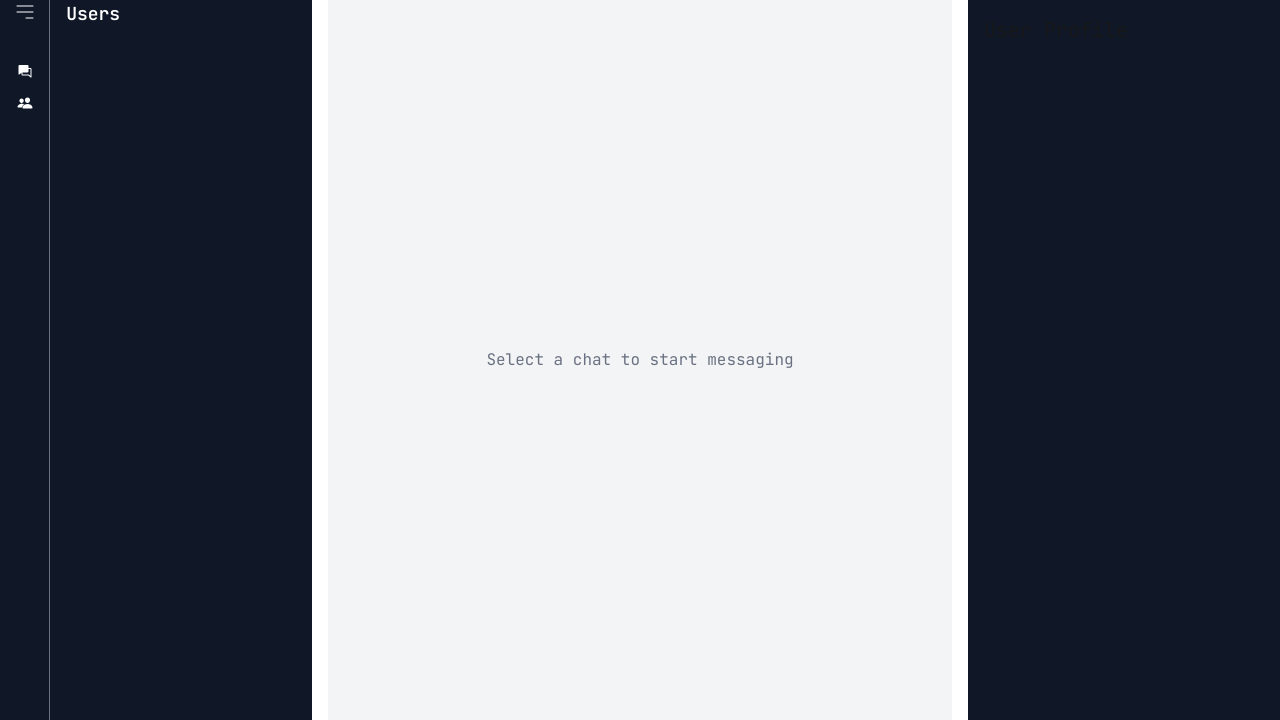
Repository: Sync-Decode/chat-app
Page: /
The author's editor kept a copy of each file at every save. The page is drawn from the files as they stood at one save, then again after the next save.
The browser window is 1280 px wide. The pictures show the whole page.
The page's requests for data from a server got no answer. The project was rebuilt for these pictures with package versions that can differ from the ones it lists, and the page was loaded fresh each time. The framework's server and built-in components were replaced by stand-ins that run in the browser. No one was signed in, and anything a server would have sent is missing. Also part of the build but not shown: next.config.mjs, src/components/Menu.jsx, src/components/Chatview.jsx.

Above is the page before, as saved 2025-06-21 16:41:11.

After the next save:
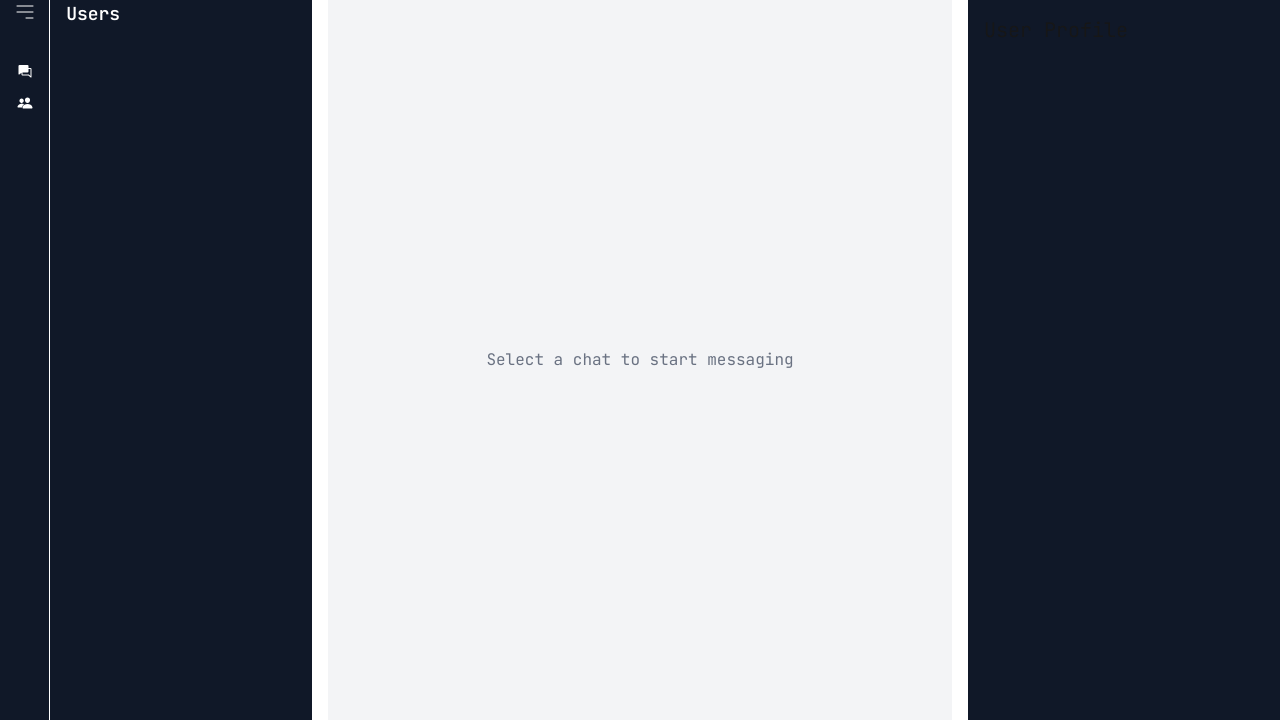
Saved 7 s later.
--- a/src/components/Sidebar.jsx
+++ b/src/components/Sidebar.jsx
@@ -14,7 +14,7 @@ export default function Sidebar() {
 
   return (
     <div className="relative w-full h-full flex  bg-gray-900 text-white">
-      <div className="flex-1 flex flex-col justify-start items-center gap-8 border-r border-gray-500">
+      <div className="flex-1 flex flex-col justify-start items-center gap-8 border-r border-gray-500/">
         <div onClick={() => setIsMenuHidden((prev) => !prev)}>
           <Hamburger />
         </div>
